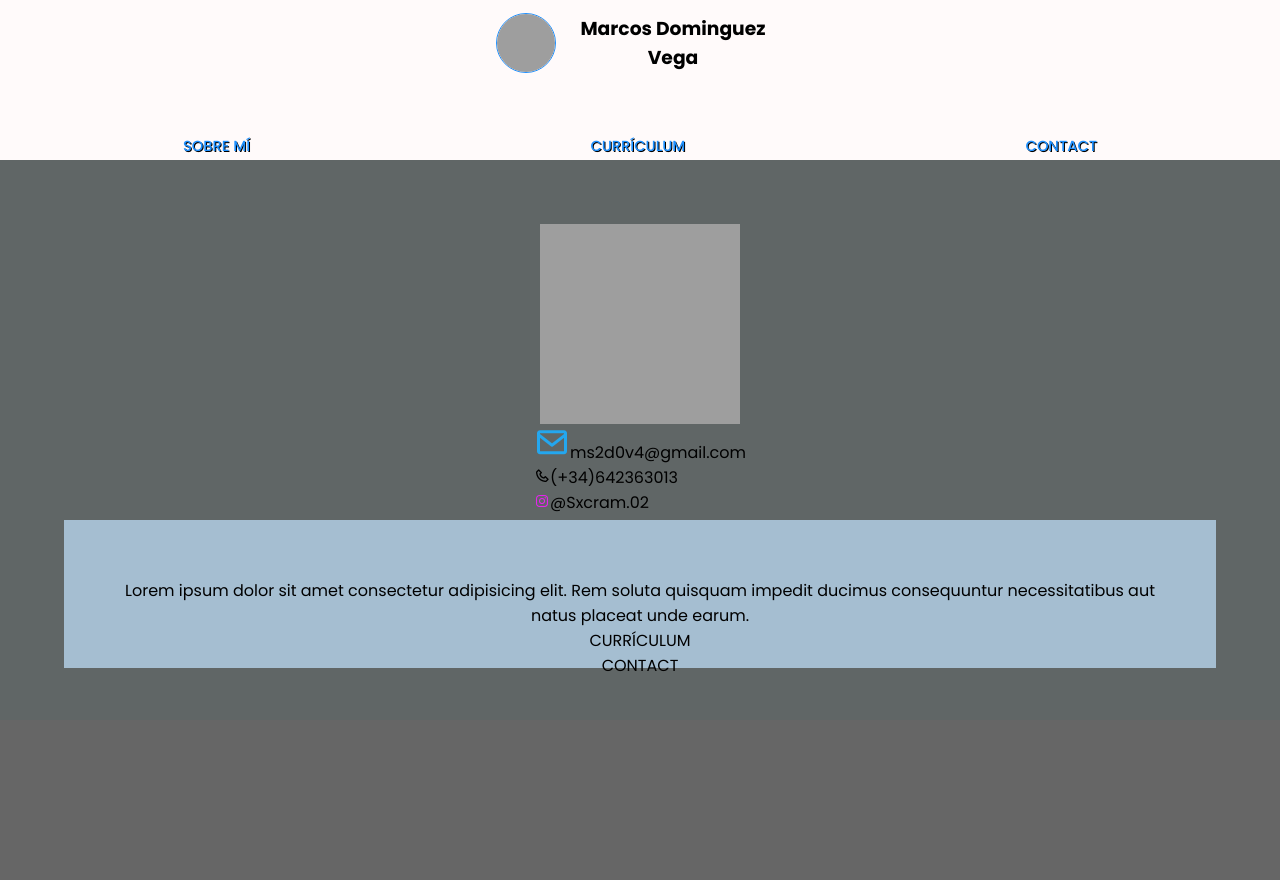
Repository: Sxcram02/Portfoliov.2
Page: index.html
The author's editor kept a copy of each file at every save. The page is drawn from the files as they stood at one save, then again after a run of saves.
The browser window is 1280 px wide. The pictures show the whole page.
Pictures or frames that could not be fetched are drawn as grey boxes.

Above is the page before, as saved 2023-04-11 00:27:45.

After the next 2 saves:
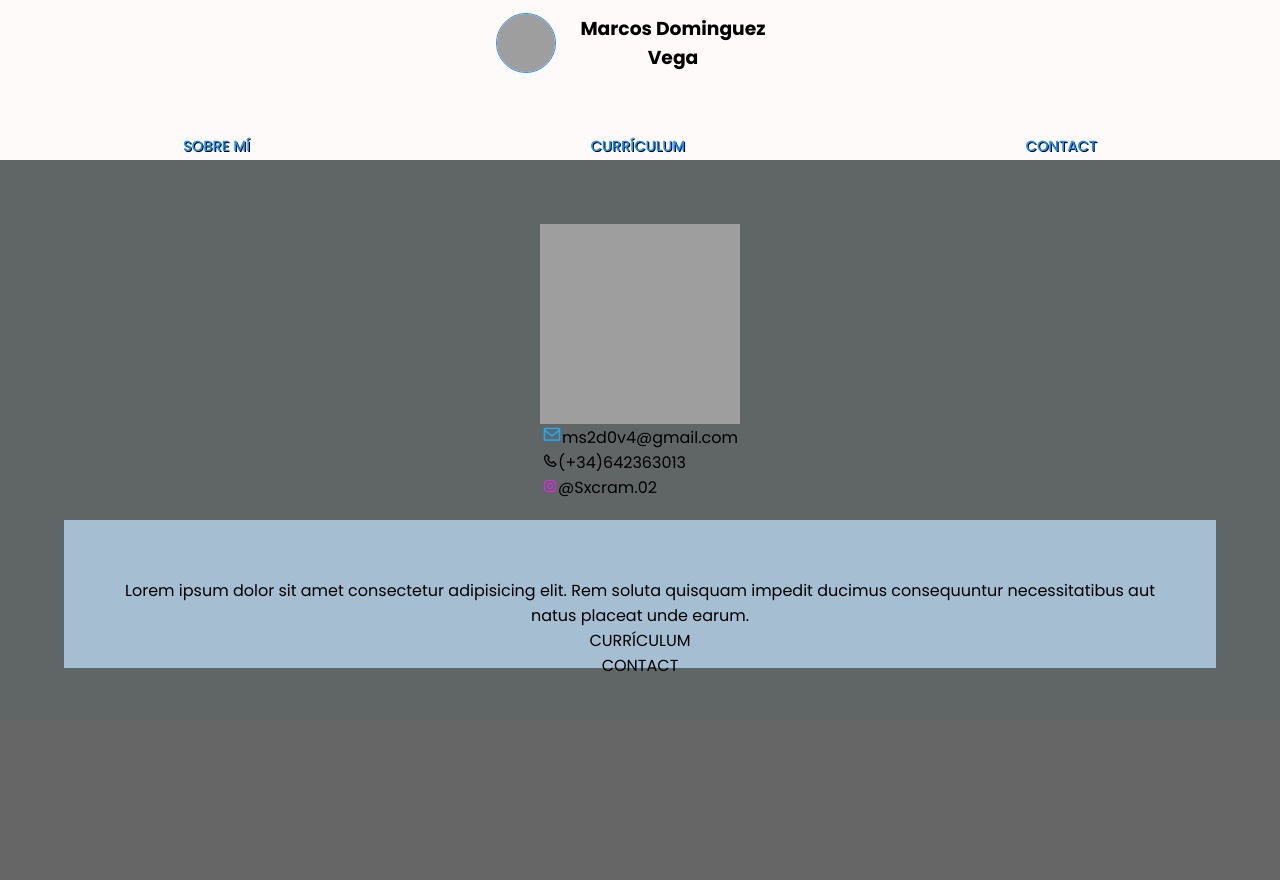
The 2 saves are shown as one change because they came seconds apart.
The last was saved 7 s later.
--- a/index.html
+++ b/index.html
@@ -29,7 +29,7 @@
                 <article class="box-image">
                     <img src="https://picsum.photos/200" alt="porfile" />
                     <ul class="redes">
-                        <li><i class='bx bx-envelope' style='color:#24a7ef;font-size: 36px;' ></i>ms2d0v4@gmail.com</li>
+                        <li><i class='bx bx-envelope' style='color:#24a7ef;font-size: 20px;' ></i>ms2d0v4@gmail.com</li>
                         <li><i class='bx bx-phone'></i>(+34)642363013</li>
                         <li><i class='bx bxl-instagram' style='color:#e624ef'  ></i>@Sxcram.02</li>
                     </ul>
